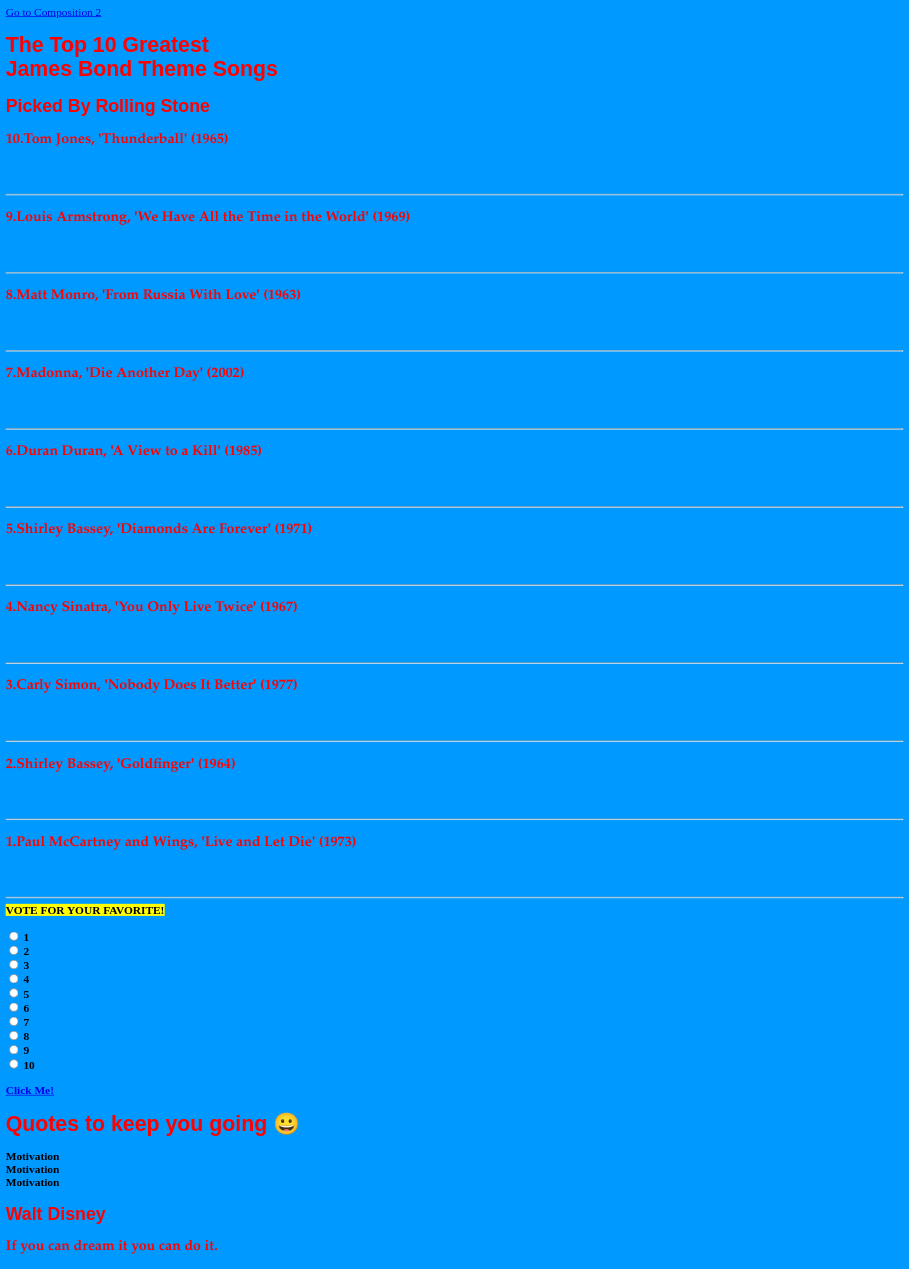
Repository: dominiquedevito/dominiquedevito.github.io
Page: 5compositions/composition3.html
The author's editor kept a record of every edit. The page is drawn from the files as they stood at one moment, then again after the next edit.
The browser window is 1280 px wide. The pictures show the whole page, at 71% of full size.

Above is the page before.

After the next edit:
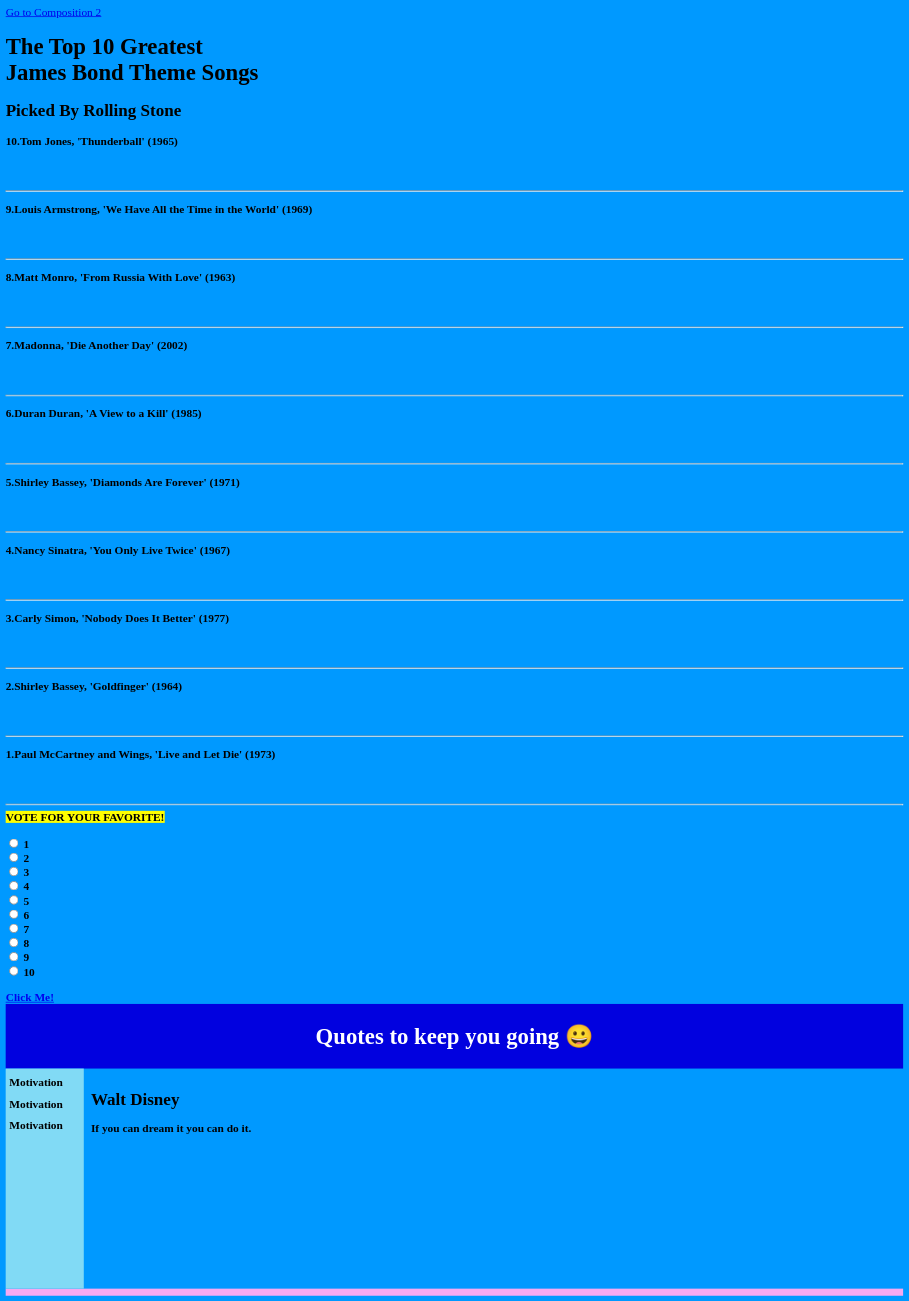
The edit:
--- a/5compositions/composition3.html
+++ b/5compositions/composition3.html
@@ -3,7 +3,7 @@
 		<title>Composition 3</title>
 
 	</head>
-	<link href="1styles.css" rel="stylesheet">
+	<link href="3styles.css" rel="stylesheet">
 	<body>
 <body bgcolor="#0099FF">
 	<a href="composition2.html">Go to Composition 2</a>
